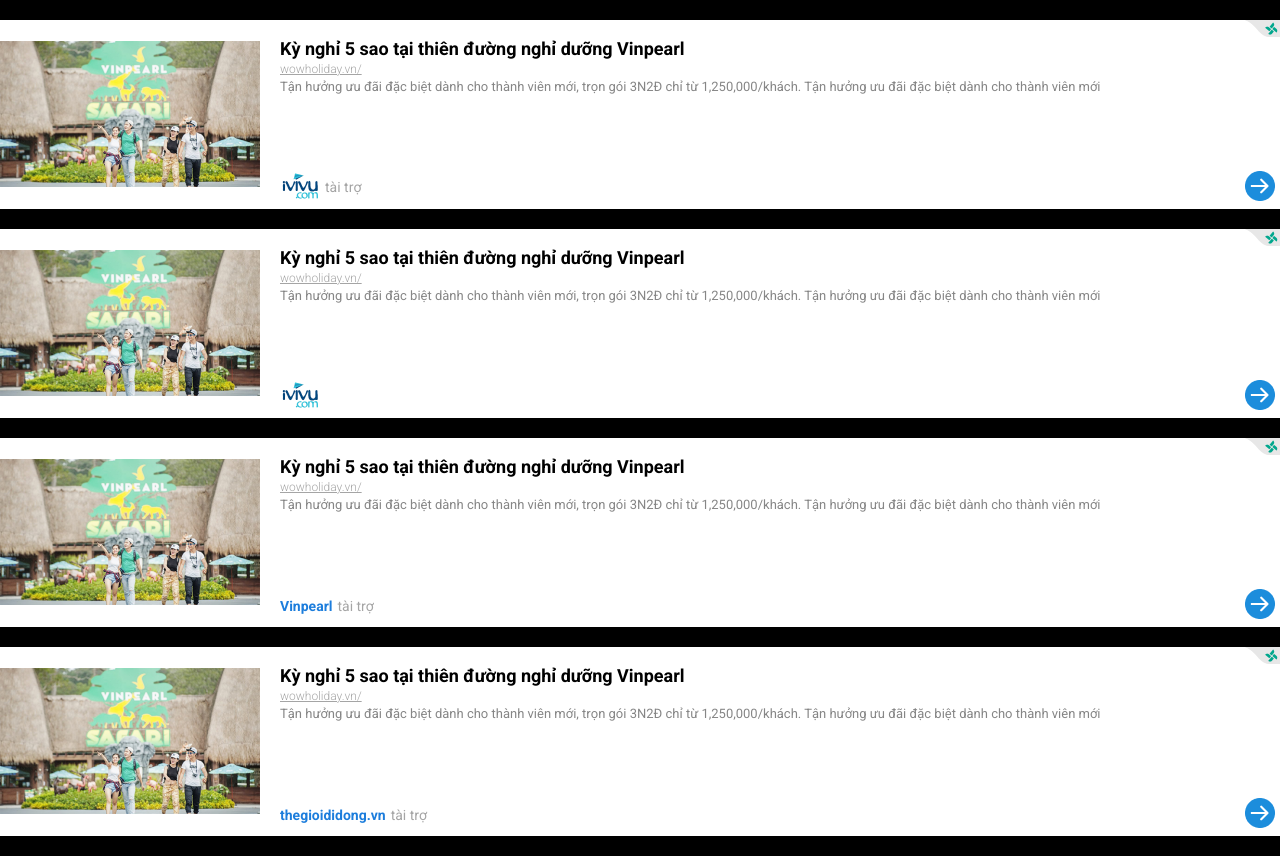
Repository: cuongnguyen1116/Cut-Template
Page: article-card/index.html
An editor plug-in stored every save of this project. The page is shown before and after the next save, followed by the edit.
The browser window is 1280 px wide. The pictures show the whole page.
The style sheet was rebuilt from its Sass, Less or Tailwind sources for each picture, by a compiler version that may differ from the author's.

Above is the page before, as saved 2023-07-20 10:35:07.

After the next save:
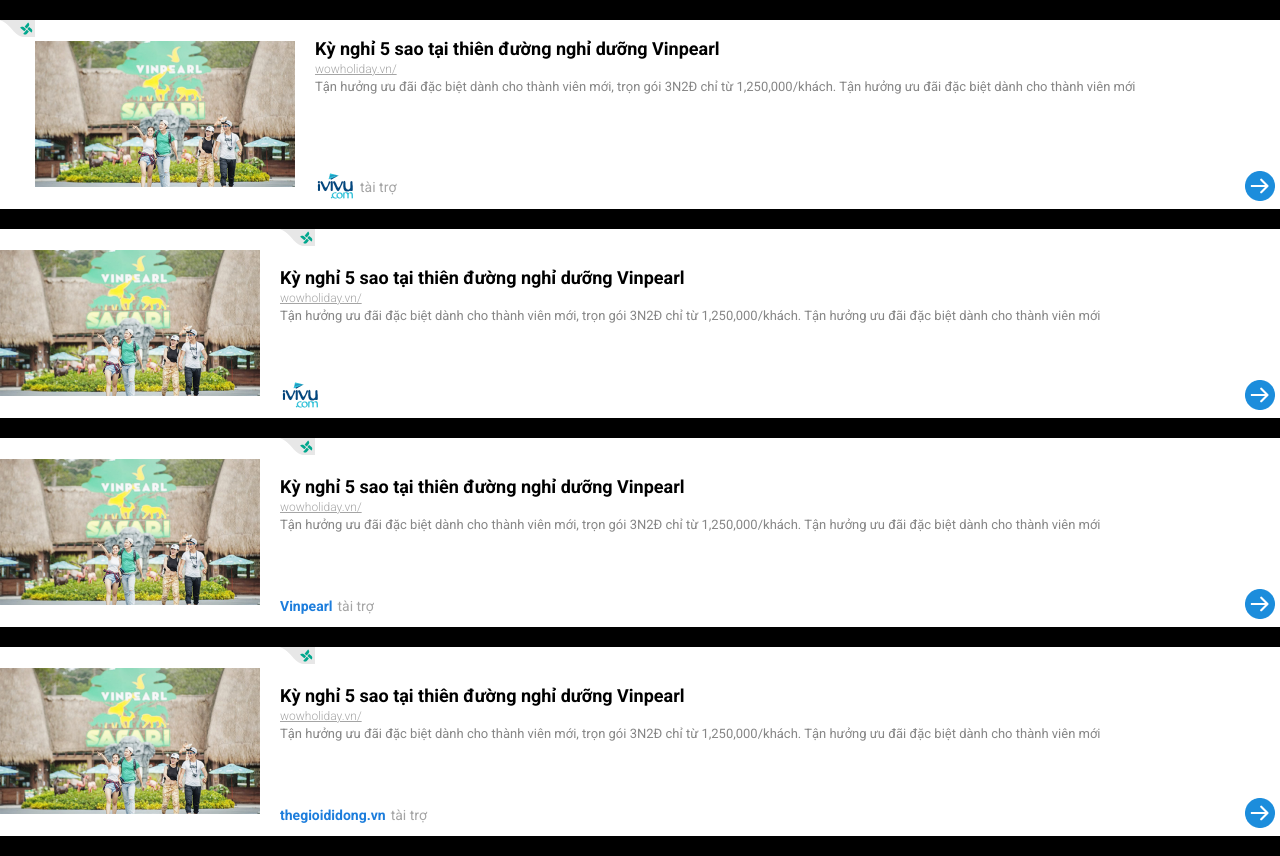
Saved 9 min 9 s later.
--- a/article-card/src/scss/style.scss
+++ b/article-card/src/scss/style.scss
@@ -1,6 +1,12 @@
 @import "./reset";
 @import "./fonts";
 @import "./mixins";
+
+.adxLogo {
+  display: block;
+  position: absolute;
+  right: 0;
+}
 
 .card {
   height: 189px;
@@ -11,12 +17,6 @@
   &__image {
     padding: 21px 0;
     padding-right: 20px;
-  }
-
-  &__adxLogo {
-    display: block;
-    position: absolute;
-    right: 0;
   }
 
   &__content {
